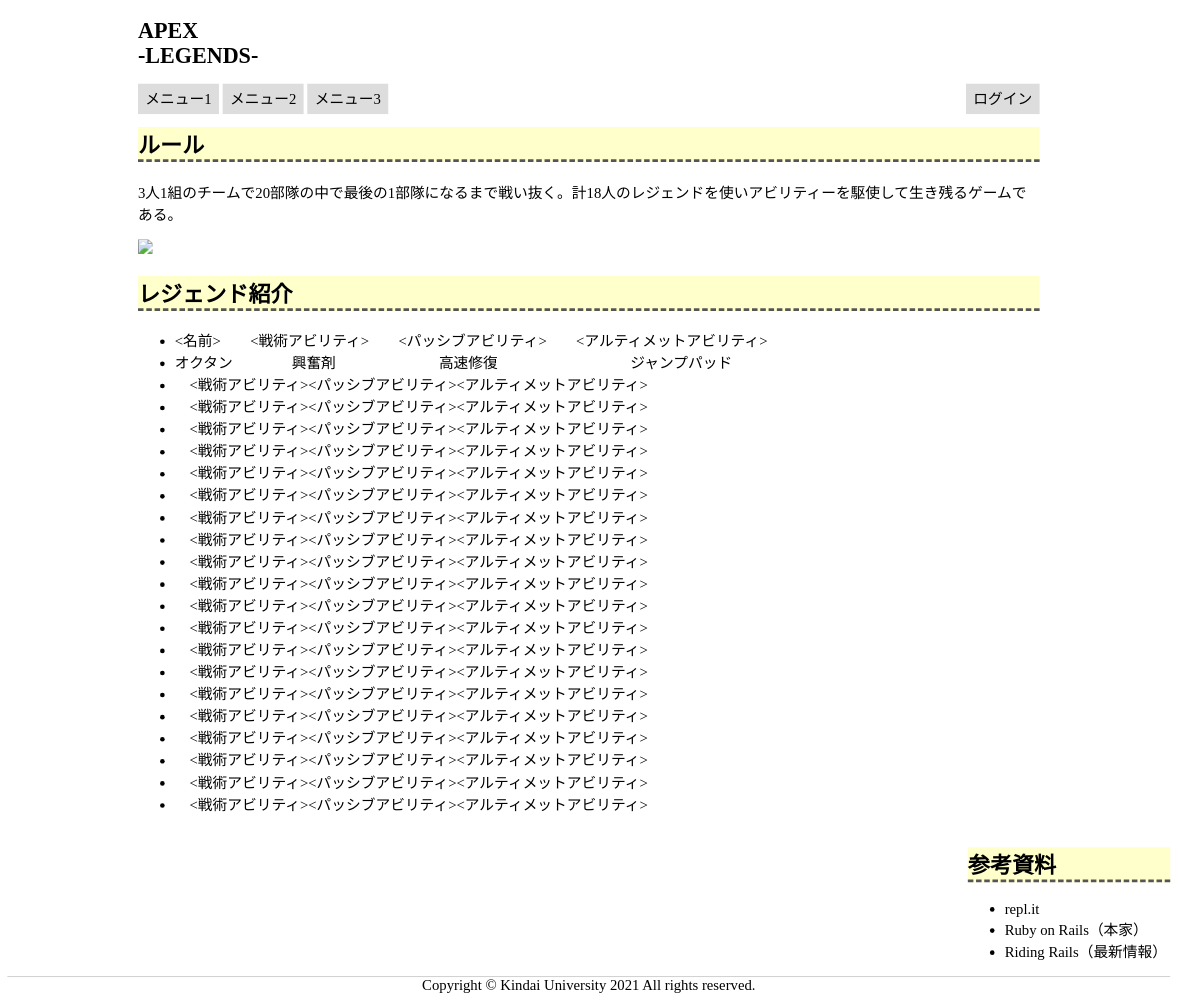
Repository: 1911140024m/SWEXE-L3
Page: L2.1/index.html
The author's editor kept a record of every edit. The page is drawn from the files as they stood at one moment, then again after the next edit.
The browser window is 1280 px wide. The pictures show the whole page, at 92% of full size.

Above is the page before.
Not found: L2.1/img/a.png

### L2.1/index.html
<!DOCTYPE html>
<html>
    <head>
        <meta charset="utf-8"/>
        <link rel="stylesheet" type="text/css" href="css/style.css">
        <style type="text/css">

</style>
</head>
    <body>
        <div id="page">
        <header>
        <nav>
<h1>APEX
<br>-LEGENDS-
</br></h1>
<ul>
    <li><a href=".">メニュー1</a></li>
    <li><a href=".">メニュー2</a></li>
    <li><a href=".">メニュー3</a></li>
    <li style="float:right;"><a href=".">ログイン</a></li>
</ul>
</nav>
</header>

<div id="pageBody"></div>

<h2>ルール</h2>
<p>3人1組のチームで20部隊の中で最後の1部隊になるまで戦い抜く。計18人のレジェンドを使いアビリティーを駆使して生き残るゲームである。</p>
<img src="img/a.png" class="img-right">
<h2>レジェンド紹介</h2>
<ul>
    <li><名前>　　<戦術アビリティ>　　<パッシブアビリティ>　　<アルティメットアビリティ></li>
   <li>オクタン　　　　興奮剤　　　　　　　高速修復　　　　　　　　　ジャンプパッド</li>

   <li>　<戦術アビリティ><パッシブアビリティ><アルティメットアビリティ></li>
   <li>　<戦術アビリティ><パッシブアビリティ><アルティメットアビリティ></li>
   <li>　<戦術アビリティ><パッシブアビリティ><アルティメットアビリティ></li>
   <li>　<戦術アビリティ><パッシブアビリティ><アルティメットアビリティ></li>
   <li>　<戦術アビリティ><パッシブアビリティ><アルティメットアビリティ></li>
   <li>　<戦術アビリティ><パッシブアビリティ><アルティメットアビリティ></li>
   <li>　<戦術アビリティ><パッシブアビリティ><アルティメットアビリティ></li>
   <li>　<戦術アビリティ><パッシブアビリティ><アルティメットアビリティ></li>
   <li>　<戦術アビリティ><パッシブアビリティ><アルティメットアビリティ></li>
   <li>　<戦術アビリティ><パッシブアビリティ><アルティメットアビリティ></li>
   <li>　<戦術アビリティ><パッシブアビリティ><アルティメットアビリティ></li>
   <li>　<戦術アビリティ><パッシブアビリティ><アルティメットアビリティ></li>
   <li>　<戦術アビリティ><パッシブアビリティ><アルティメットアビリティ></li>
   <li>　<戦術アビリティ><パッシブアビリティ><アルティメットアビリティ></li>
   <li>　<戦術アビリティ><パッシブアビリティ><アルティメットアビリティ></li>
   <li>　<戦術アビリティ><パッシブアビリティ><アルティメットアビリティ></li>
   <li>　<戦術アビリティ><パッシブアビリティ><アルティメットアビリティ></li>
   <li>　<戦術アビリティ><パッシブアビリティ><アルティメットアビリティ></li>
   <li>　<戦術アビリティ><パッシブアビリティ><アルティメットアビリティ></li>
   <li>　<戦術アビリティ><パッシブアビリティ><アルティメットアビリティ></li>


</ul>
</div>

<div id="pageSub">
<h2>参考資料</h2>
<ul>
   <li>repl.it</li>
   <li>Ruby on Rails（本家）</li>
   <li>Riding Rails（最新情報）</li>
</ul>
</div>


<footer id="pageFooter">
    Copyright &copy; Kindai University 2021 All rights reserved.
   </footer>
</div>

    </body>
</html>

### L2.1/css/style.css
#page {
    width: 980px;
    margin: 0 auto;
}

h2 {
    background-color:#FFFFCC;
    border-bottom: dashed 3px #555555;
}

#pageBody {
    width: 720px;
    float: left;
}

#pageSub{
    width: 220px;
    float: right;
}

#pageFooter{
    text-align: center;
    clear: both;
    border-top: solid 1px #cccccc;
}

#img-right{
   float: right;
}

#img-center{
   margin: 0 auto;
}

nav ul{
    list-style-type: none;
    margin: 0;
    padding: 0;
}
nav li {
    display: inline;
}

nav li a {
    text-decoration: none;
    padding: 8px;
    background-color: #dddddd;
    color: #000;
}

nav li a:hover {
    background-color: #555;
    color: white;
}

After the next edit:
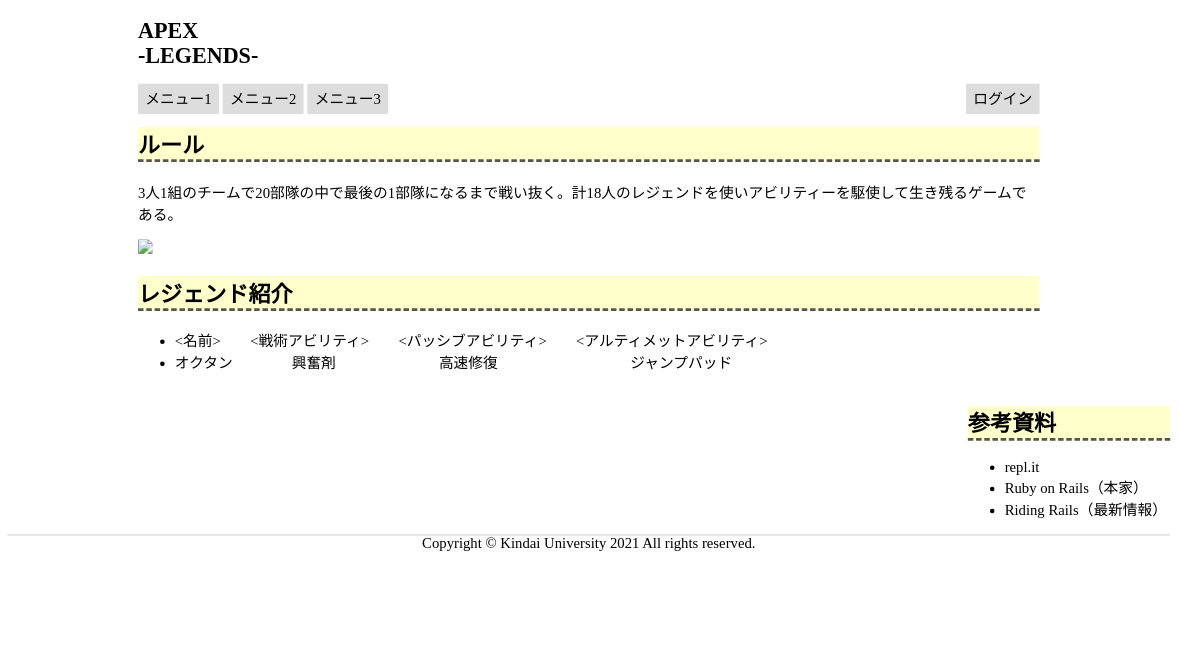
The edit:
--- a/L2.1/index.html
+++ b/L2.1/index.html
@@ -33,26 +33,6 @@
     <li><名前>　　<戦術アビリティ>　　<パッシブアビリティ>　　<アルティメットアビリティ></li>
    <li>オクタン　　　　興奮剤　　　　　　　高速修復　　　　　　　　　ジャンプパッド</li>
 
-   <li>　<戦術アビリティ><パッシブアビリティ><アルティメットアビリティ></li>
-   <li>　<戦術アビリティ><パッシブアビリティ><アルティメットアビリティ></li>
-   <li>　<戦術アビリティ><パッシブアビリティ><アルティメットアビリティ></li>
-   <li>　<戦術アビリティ><パッシブアビリティ><アルティメットアビリティ></li>
-   <li>　<戦術アビリティ><パッシブアビリティ><アルティメットアビリティ></li>
-   <li>　<戦術アビリティ><パッシブアビリティ><アルティメットアビリティ></li>
-   <li>　<戦術アビリティ><パッシブアビリティ><アルティメットアビリティ></li>
-   <li>　<戦術アビリティ><パッシブアビリティ><アルティメットアビリティ></li>
-   <li>　<戦術アビリティ><パッシブアビリティ><アルティメットアビリティ></li>
-   <li>　<戦術アビリティ><パッシブアビリティ><アルティメットアビリティ></li>
-   <li>　<戦術アビリティ><パッシブアビリティ><アルティメットアビリティ></li>
-   <li>　<戦術アビリティ><パッシブアビリティ><アルティメットアビリティ></li>
-   <li>　<戦術アビリティ><パッシブアビリティ><アルティメットアビリティ></li>
-   <li>　<戦術アビリティ><パッシブアビリティ><アルティメットアビリティ></li>
-   <li>　<戦術アビリティ><パッシブアビリティ><アルティメットアビリティ></li>
-   <li>　<戦術アビリティ><パッシブアビリティ><アルティメットアビリティ></li>
-   <li>　<戦術アビリティ><パッシブアビリティ><アルティメットアビリティ></li>
-   <li>　<戦術アビリティ><パッシブアビリティ><アルティメットアビリティ></li>
-   <li>　<戦術アビリティ><パッシブアビリティ><アルティメットアビリティ></li>
-   <li>　<戦術アビリティ><パッシブアビリティ><アルティメットアビリティ></li>
 
 
 </ul>
